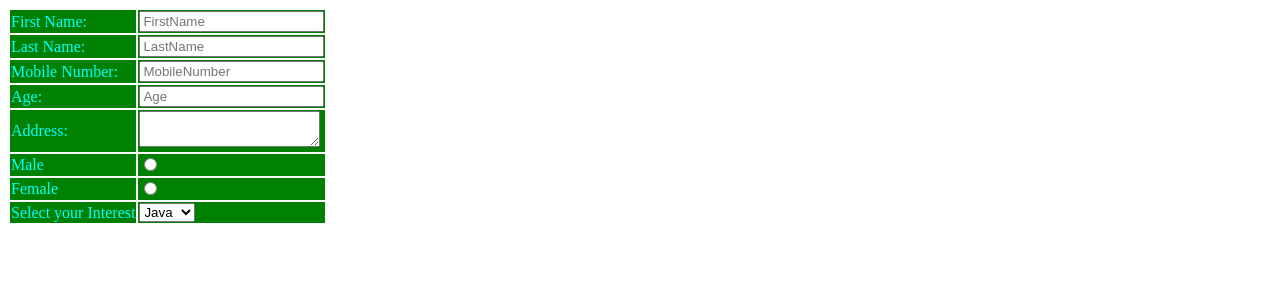
Repository: Ganesh281996/Ganesh
Page: BasicHtml/WebContent/Login.html
The author's editor kept a copy of each file at every save. The page is drawn from the files as they stood at one save, then again after the next save.
The browser window is 1280 px wide. The pictures show the whole page.

Above is the page before, as saved 2018-03-27 12:25:46.
Console error: SyntaxError: Unexpected token ')'

### BasicHtml/WebContent/Login.html
<!DOCTYPE html>
<html>
<head>
<meta charset="UTF-8">
<title>Nothing to See</title>
<style>
tr {
	background-color: green;
}

td {
	text-align: left;
	color: aqua;
}
</style>
</head>
<body>
	<script type="text/javascript">
function validate()
{
	var firstName=document.getElementById("FirstName");
	var lastName=document.getElementById("LastName");
	var mobile=document.getElementById("MobileNumber");
	var age=document.getElementById("Age");
	var address=document.getElementById("Address");

	if()
}
</script>

	<form action="return validate()" >
		<table>
			<tr>
				<td>First Name:</td>
				<td><input id="FirstName" placeholder="FirstName"></td>
			</tr>
			<tr>
				<td>Last Name:</td>
				<td><input id="LastName" placeholder="LastName"></td>
			</tr>
			<tr>
				<td>Mobile Number:</td>
				<td><input id="Mobile" placeholder="MobileNumber"></td>
			</tr>
			<tr>
				<td>Age:</td>
				<td><input id="Age" placeholder="Age"></td>
			</tr>
			<tr>
				<td>Address:</td>
				<td><textarea id="Address" placeholder="Address">  </textarea></td>
			</tr>
			<tr>
				<td>Male</td>
				<td><input type="radio" name="Gender" value="Male"></td>
			</tr>
			<tr>
				<td>Female</td>
				<td><input type="radio" name="Gender" value="Female"></td>
			</tr>
			<tr>
				<td>Select your Interest</td>
				<td><select>
						<option value="Java">Java</option>
						<option value=".Net">.Net</option>
						<option value="C++">C++</option>
						<option value="Mean">Mean</option>
				</select></td>
			</tr>
		</table>
	</form>
</body>
</html>

After the next save:
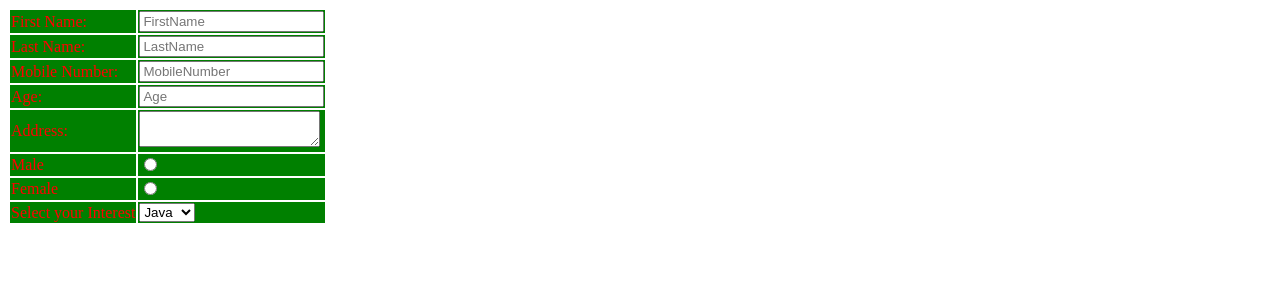
Saved 42 s later.
--- a/BasicHtml/WebContent/Login.html
+++ b/BasicHtml/WebContent/Login.html
@@ -7,10 +7,13 @@
 tr {
 	background-color: green;
 }
+table
+{
 
+}
 td {
 	text-align: left;
-	color: aqua;
+	color: red;
 }
 </style>
 </head>
